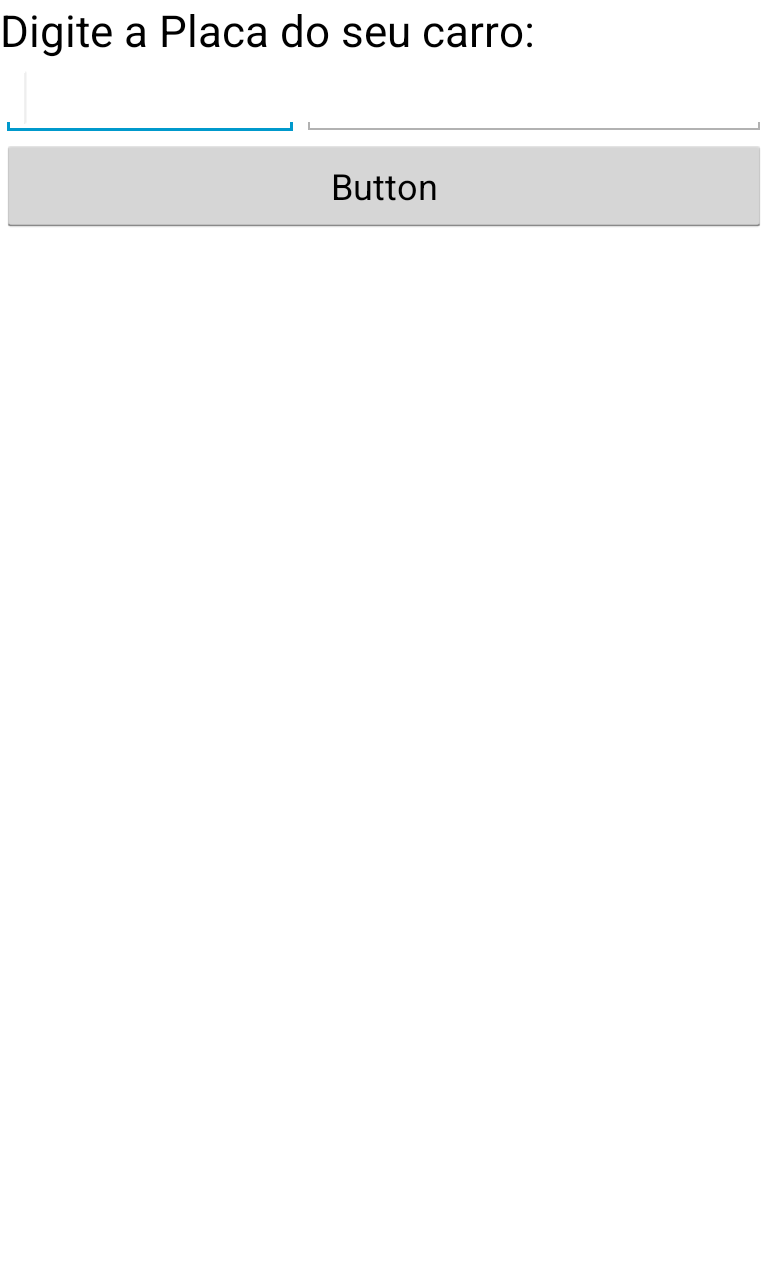
Repository: Rennanxp2/Android_Exercices_done
Layout: Exercícios Android 2/Ex2/res/layout/activity_rodizio.xml
The author's editor kept a copy of each file at every save. The layout is drawn from the files as they stood at one save, then again after the next save.
It is drawn on a 768 x 1280 px phone screen (xhdpi) without system bars, with theme AppTheme; the app's code is not run.

Above is the layout before, as saved 2017-09-26 01:59:48.

After the next save:
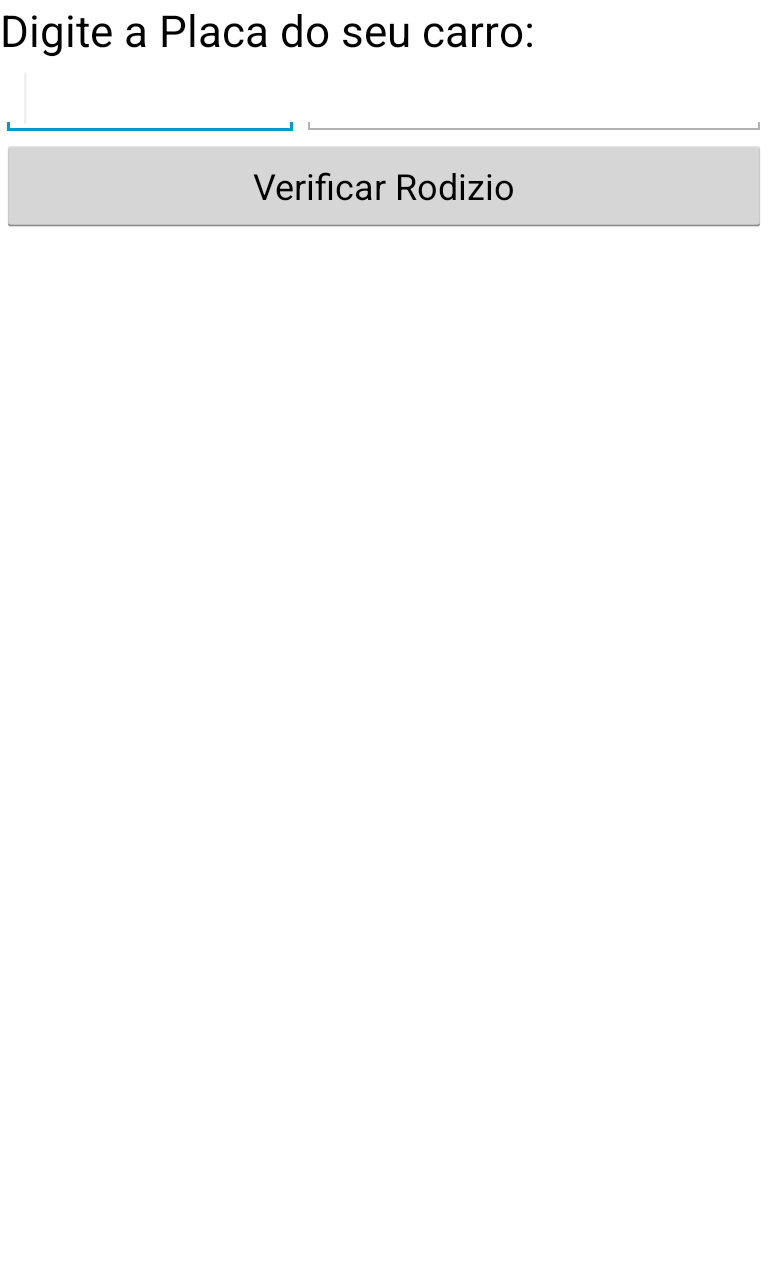
Saved 16 s later.
--- a/Exercícios Android 2/Ex2/res/layout/activity_rodizio.xml
+++ b/Exercícios Android 2/Ex2/res/layout/activity_rodizio.xml
@@ -50,7 +50,7 @@
             android:id="@+id/button1"
             android:layout_width="match_parent"
             android:layout_height="wrap_content"
-            android:text="Button" />
+            android:text="Verificar Rodizio" />
 
     </LinearLayout>
 
